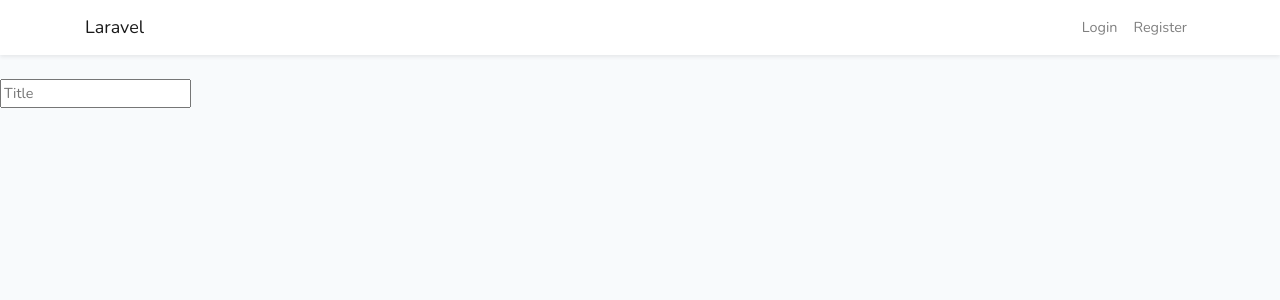
Repository: mohamedelbadawi/Simple-galley-using-laravel
Page: http://localhost/admin/albums/create
These files come from the project's save history. The page is drawn as it stood at one moment and after the next save; the edit follows.
The browser window is 1280 px wide. The pictures show the whole page.
The page is served by the project's Laravel application, run on PHP 8.4 with Laravel 8.

Above is the page before, as saved 2021-08-31 09:37:43.

After the next save:
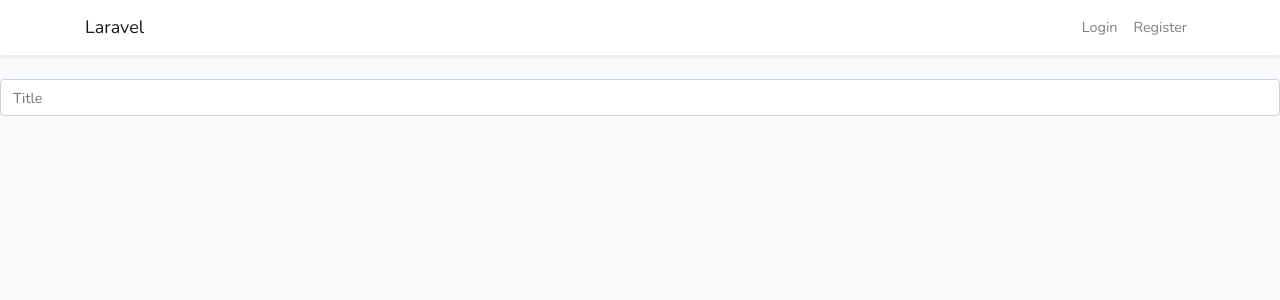
Saved 28 s later.
--- a/Gallery/resources/views/admin/albums/create.blade.php
+++ b/Gallery/resources/views/admin/albums/create.blade.php
@@ -3,7 +3,7 @@
 
     <form action="">
         <div class="form-group">
-        <input type="text" name="title" placeholder="Title">
+        <input type="text" class="form-control" name="title" placeholder="Title">
 
         </div>
 
